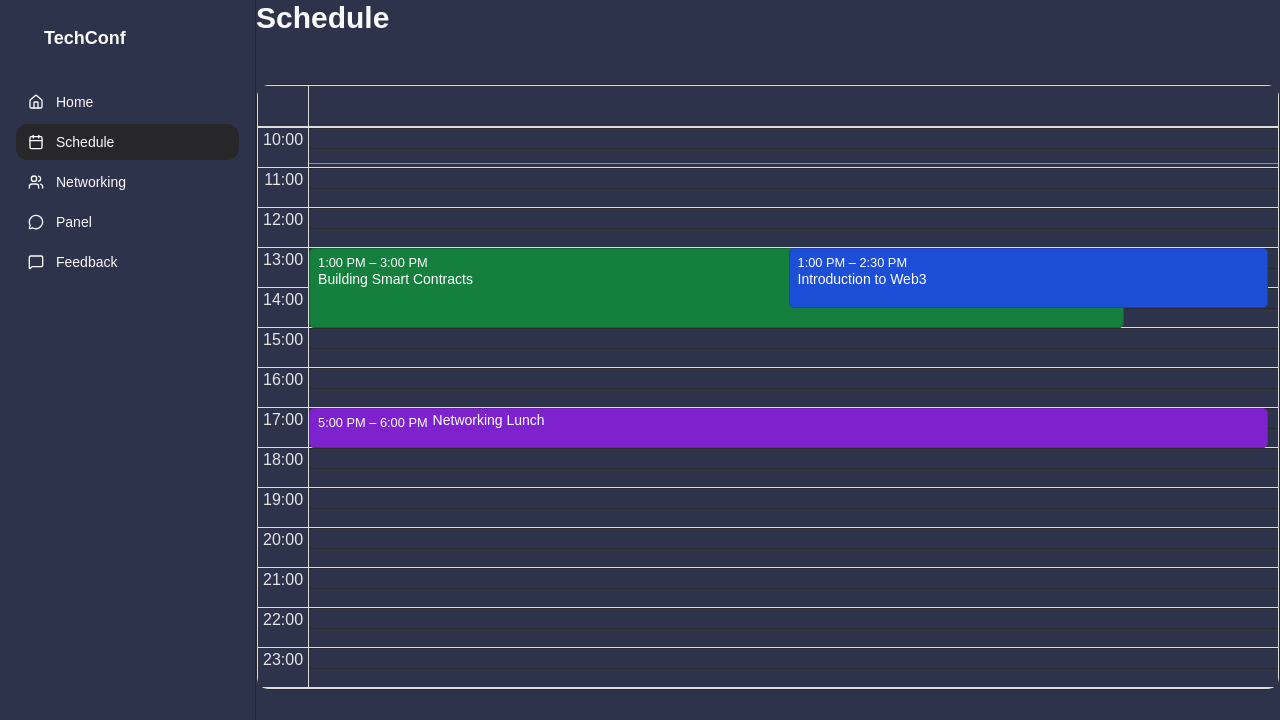
Repository: mrnavdal/symposium-2024
Page: /schedule (app in symposium24/)
These files come from the project's save history. The page is drawn as it stood at one moment and after the next save; the edit follows.
The browser window is 1280 px wide. The pictures show the whole page.
The project was rebuilt for these pictures with package versions that can differ from the ones it lists, and the page was loaded fresh each time. The framework's server and built-in components were replaced by stand-ins that run in the browser. Also part of the build but not shown: symposium24/next.config.ts.

Above is the page before, as saved 2024-11-08 15:06:58.

### symposium24/src/app/layout.tsx
import type { Metadata } from "next";
import localFont from "next/font/local";
import { ThemeProvider } from 'next-themes';
import { Navigation } from "@/components/Navigation";
import "./globals.css";
import '@/styles/calendar.css'

const geistSans = localFont({
  src: "./fonts/GeistVF.woff",
  variable: "--font-geist-sans",
  weight: "100 900",
});
const geistMono = localFont({
  src: "./fonts/GeistMonoVF.woff",
  variable: "--font-geist-mono",
  weight: "100 900",
});

export const metadata: Metadata = {
  title: "TechConf 2024",
  description: "Conference schedule and information",
};

export default function RootLayout({
  children,
}: Readonly<{
  children: React.ReactNode;
}>) {
  return (
    <html lang="en" suppressHydrationWarning>
      <body className={`${geistSans.variable} ${geistMono.variable} antialiased min-h-screen`}>
        <ThemeProvider
          attribute="class"
          defaultTheme="dark"
          enableSystem
          disableTransitionOnChange
        >
          <Navigation />
          <main className="pb-16 md:pb-0 md:pl-64">
            {children}
          </main>
        </ThemeProvider>
      </body>
    </html>
  );
}

### symposium24/src/app/schedule/page.tsx
import { Calendar } from '@/components/Calendar'
import { PageTransition } from '@/components/PageTransition'
import { events } from '@/data/events'

export default function SchedulePage() {
  return (
    <PageTransition>
        <div className="flex flex-col gap-4">
            <div className="flex flex-col gap-4">
                <h1 className="text-3xl font-bold mb-8">Schedule</h1>
                <div className="h-full rounded-lg overflow-hidden border bg-card/50">
                    <Calendar events={events} />
                </div>
            </div>
        </div>

    </PageTransition>
  )
}

### symposium24/src/components/Navigation.tsx
'use client'

import { usePathname } from 'next/navigation'
import Link from 'next/link'
import { cn } from '@/lib/utils'
import {
  Home,
  Calendar,
  Users,
  MessageCircle,
  MessageSquare,
  LucideIcon
} from 'lucide-react'

interface NavItem {
  href: string
  label: string
  icon: LucideIcon
}

const navItems: NavItem[] = [
  { href: '/', label: 'Home', icon: Home },
  { href: '/schedule', label: 'Schedule', icon: Calendar },
  { href: '/networking', label: 'Networking', icon: Users },
  { href: '/discussion', label: 'Panel', icon: MessageCircle },
  { href: '/feedback', label: 'Feedback', icon: MessageSquare },
]

export function Navigation() {
  const pathname = usePathname()

  return (
    <>
      {/* Desktop Side Navigation */}
      <nav className="hidden md:flex fixed left-0 top-0 h-screen w-64 border-r bg-background p-4">
        <div className="space-y-4 w-full">
          <div className="px-3 py-2">
            <h2 className="mb-2 px-4 text-lg font-semibold">TechConf</h2>
          </div>
          <div className="space-y-1">
            {navItems.map((item) => (
              <Link
                key={item.href}
                href={item.href}
                className={cn(
                  'flex items-center gap-3 rounded-lg px-3 py-2 text-sm transition-colors',
                  pathname === item.href
                    ? 'bg-secondary text-secondary-foreground'
                    : 'hover:bg-secondary/80'
                )}
              >
                <item.icon className="h-4 w-4" />
                {item.label}
              </Link>
            ))}
          </div>
        </div>
      </nav>

      {/* Mobile Bottom Navigation */}
      <nav className="md:hidden fixed bottom-0 left-0 right-0 border-t bg-background z-50">
        <div className="flex items-center justify-around">
          {navItems.map((item) => (
            <Link
              key={item.href}
              href={item.href}
              className={cn(
                'flex flex-col items-center gap-1 p-3 text-xs',
                pathname === item.href
                  ? 'text-primary'
                  : 'text-muted-foreground'
              )}
            >
              <item.icon className="h-5 w-5" />
              <span>{item.label}</span>
            </Link>
          ))}
        </div>
      </nav>

      {/* Content Padding for Mobile Bottom Nav */}
      <div className="pb-4 md:pb-0 md:pl-64">
        {/* This div wraps the main content to provide padding */}
      </div>
    </>
  )
}

### symposium24/src/app/globals.css
@tailwind base;
@tailwind components;
@tailwind utilities;

body {
  font-family: Arial, Helvetica, sans-serif;
  margin: 0;
  padding: 0;
}

@layer base {
  :root {
    --background: 0 0% 100%;
    --foreground: 240 10% 3.9%;
    --card: 0 0% 100%;
    --card-foreground: 240 10% 3.9%;
    --popover: 0 0% 100%;
    --popover-foreground: 240 10% 3.9%;
    --primary: 240 5.9% 10%;
    --primary-foreground: 0 0% 98%;
    --secondary: 240 4.8% 95.9%;
    --secondary-foreground: 240 5.9% 10%;
    --muted: 240 4.8% 95.9%;
    --muted-foreground: 240 3.8% 46.1%;
    --accent: 240 4.8% 95.9%;
    --accent-foreground: 240 5.9% 10%;
    --destructive: 0 84.2% 60.2%;
    --destructive-foreground: 0 0% 98%;
    --leading-text: 240 25% 24%;
    --border: 240 5.9% 90%;
    --input: 240 5.9% 90%;
    --ring: 240 5.9% 10%;
    --chart-1: 12 76% 61%;
    --chart-2: 173 58% 39%;
    --chart-3: 197 37% 24%;
    --chart-4: 43 74% 66%;
    --chart-5: 27 87% 67%;
    --radius: 0.75rem;
  }
  .dark {
    --background: 230 25% 24%;
    --foreground: 0 0% 98%;
    --card: 0 0% 90%;
    --card-foreground: 230 25% 24%;;
    --popover: 240 10% 3.9%;
    --popover-foreground: 0 0% 98%;
    --primary: 352 79% 49%;
    --primary-foreground: 0 0% 98%;
    --secondary: 240 3.7% 15.9%;
    --secondary-foreground: 0 0% 98%;
    --muted: 240 3.7% 15.9%;
    --muted-foreground: 0 0% 75%;
    --accent: 352 79% 49%;
    --accent-foreground: 0 0% 98%;
    --destructive: 0 62.8% 30.6%;
    --destructive-foreground: 0 0% 98%;
    --border: 240 3.7% 15.9%;
    --input: 240 3.7% 15.9%;
    --ring: 240 4.9% 83.9%;
    --chart-1: 220 70% 50%;
    --chart-2: 160 60% 45%;
    --chart-3: 30 80% 55%;
    --chart-4: 280 65% 60%;
    --chart-5: 340 75% 55%;
    --leading-text: 230 25% 24%;
  }
}

@layer base {
  * {
    @apply border-border;
  }
  body {
    @apply bg-background text-foreground;
  }
}

.page {
  margin-top: 0;
}

### symposium24/src/styles/calendar.css
/* Dark mode styles */
.rbc-calendar-dark {
  @apply text-white;
}

.rbc-calendar-dark .rbc-header {
  @apply bg-muted/50 border-border text-muted-foreground font-medium;
}

.rbc-calendar-dark .rbc-time-view {
  @apply border-border bg-card/50 backdrop-blur-sm;
}

.rbc-calendar-dark .rbc-time-header {
  @apply bg-muted/50 border-border;
}

.rbc-calendar-dark .rbc-time-content {
  @apply border-border;
}

.rbc-calendar-dark .rbc-time-slot {
  @apply text-muted-foreground;
}

.rbc-calendar-dark .rbc-today {
  @apply bg-muted/50;
}

.rbc-calendar-dark .rbc-current-time-indicator {
  @apply bg-primary;
}

/* General styles */
.rbc-header {
  @apply py-3 font-medium text-muted-foreground border-border bg-muted/30;
}

.rbc-time-view {
  @apply border-border bg-card/50 backdrop-blur-sm;
}

.rbc-time-header {
  @apply border-border bg-muted/30;
}

.rbc-time-content {
  @apply border-border;
}

.rbc-event {
  @apply rounded-md border shadow-sm;
}

.rbc-event-content {
  @apply text-sm font-medium;
}

.rbc-today {
  @apply bg-muted/30;
}

.rbc-current-time-indicator {
  @apply bg-primary;
}

.rbc-toolbar {
  @apply mb-4;
}

.rbc-toolbar button {
  @apply rounded-md border-border bg-card hover:bg-muted/50 transition-colors;
}

.rbc-toolbar button.rbc-active {
  @apply bg-primary text-primary-foreground hover:bg-primary/90;
}

.rbc-time-slot {
  @apply text-muted-foreground;
}

### symposium24/src/components/Calendar.tsx
'use client'

import { Calendar as BigCalendar, momentLocalizer, View } from 'react-big-calendar'
import moment from 'moment'
import { CalendarEvent } from '@/types/event'
import { cn } from '@/lib/utils'
import { useTheme } from 'next-themes'
import { useMemo } from 'react'
import './Calendar.css'

import 'react-big-calendar/lib/css/react-big-calendar.css'

const localizer = momentLocalizer(moment)

const eventStyleGetter = (event: CalendarEvent) => {
  const isPast = moment(event.end).isBefore(moment())
  const isOngoing = moment().isBetween(event.start, event.end)

  const colors = {
    workshop: { bg: '#15803d', border: '#166534' },  // green-700, green-800
    lecture: { bg: '#1d4ed8', border: '#1e40af' },   // blue-700, blue-800
    networking: { bg: '#7e22ce', border: '#6b21a8' }, // purple-700, purple-800
  }[event.type] || { bg: '#3b82f6', border: '#2563eb' }  // blue-500, blue-600

  return {
    className: cn(
      'rounded-md border backdrop-blur-sm transition-colors',
      isPast && 'opacity-50 hover:opacity-70',
      isOngoing && 'ring-2 ring-yellow-400/50 shadow-lg'
    ),
    style: {
      backgroundColor: colors.bg,
      borderColor: colors.border,
      padding: '4px 8px',
    }
  }
}

interface CalendarProps {
  events: CalendarEvent[]
}
export function Calendar({ events }: CalendarProps) {
  const { theme } = useTheme()

  const calendarProps = useMemo(() => ({
    className: cn(
      'rounded-lg',
      'bg-[#1a1a1a]',
    ),
    min: new Date(2024, 10, 8, 10, 0),
    max: new Date(2024, 10, 8, 23, 59),
    formats: {
      timeGutterFormat: (date: Date) => moment(date).format('HH:mm'),
    },
    localizer,
    events,
    defaultView: 'day' as View,
    views: ['day'] as View[],
    step: 30,
    timeslots: 2,
    eventPropGetter: eventStyleGetter,
    tooltipAccessor: (event: CalendarEvent) =>
      `${event.title}\nLocation: ${event.location}\nSpeaker: ${event.speaker}`,
    toolbar: false,
    dayPropGetter: () => ({
        style: {
            backgroundColor: theme === 'dark' ? '#2e334c' : '#2e334c',
            color: theme === 'dark' ? '#e5e5e5' : '#fff'
        }
        }),
        slotPropGetter: () => ({
        style: {
            backgroundColor: theme === 'dark' ? '#2e334c' : '#2e334c',
            borderColor: theme === 'dark' ? '#2a2a2a' : '#333',
            color: theme === 'dark' ? '#e5e5e5' : '#fff'
        }
        }),

  }), [events, theme])

  return <BigCalendar {...calendarProps} />
}

### symposium24/src/components/PageTransition.tsx
'use client'

import { motion } from 'framer-motion'
import { fadeIn } from '@/lib/animations'

interface PageTransitionProps {
  children: React.ReactNode
  className?: string
}

export function PageTransition({ children, className }: PageTransitionProps) {
  return (
    <motion.div
      variants={fadeIn}
      initial="initial"
      animate="animate"
      exit="exit"
      className={className}
    >
      {children}
    </motion.div>
  )
}

### symposium24/src/data/events.ts
import { CalendarEvent } from '@/types/event'

export const events: CalendarEvent[] = [
  {
    id: '1',
    title: 'Introduction to Web3',
    type: 'lecture',
    start: new Date(2024, 10, 8, 13, 0),
    end: new Date(2024, 10, 8, 14, 30),
    speaker: 'Jane Smith',
    location: 'Main Hall',
    description: 'An overview of Web3 technologies and their impact on the future of the internet.'
  },
  {
    id: '2',
    title: 'Building Smart Contracts',
    type: 'workshop',
    start: new Date(2024, 10, 8, 13, 0),
    end: new Date(2024, 10, 8, 15, 0),
    speaker: 'John Doe',
    location: 'Workshop Room A',
    description: 'Hands-on workshop on creating and deploying smart contracts.'
  },
  {
    id: '3',
    title: 'Networking Lunch',
    type: 'networking',
    start: new Date(2024, 10, 8, 17, 0),
    end: new Date(2024, 10, 8, 18, 0),
    speaker: '',
    location: 'Dining Hall',
    description: 'Network with fellow attendees over lunch.'
  }
]

### symposium24/src/components/Calendar.css
.rbc-time-content {
  background-color: #2e334c ;
}
.rbc-time-header {
  background-color: #2e334c;
}
.rbc-time-gutter {
  background-color: #2e334c;
}
.rbc-event {
    background-color: #2e334c;
}
.rbc-event-label {
  color: #fff;
}

### symposium24/src/lib/animations.ts
export const fadeIn = {
  initial: { opacity: 0, y: 20 },
  animate: { opacity: 1, y: 0 },
  exit: { opacity: 0, y: 20 }
}

export const staggerContainer = {
  animate: {
    transition: {
      staggerChildren: 0.1
    }
  }
}

export const slideIn = {
  initial: { x: -20, opacity: 0 },
  animate: { x: 0, opacity: 1 },
  exit: { x: 20, opacity: 0 }
}

export const scaleIn = {
  initial: { scale: 0.9, opacity: 0 },
  animate: { scale: 1, opacity: 1 },
  exit: { scale: 0.9, opacity: 0 }
}

### symposium24/tailwind.config.ts
import type { Config } from "tailwindcss";

export default {
    darkMode: ["class"],
    content: [
    "./src/pages/**/*.{js,ts,jsx,tsx,mdx}",
    "./src/components/**/*.{js,ts,jsx,tsx,mdx}",
    "./src/app/**/*.{js,ts,jsx,tsx,mdx}",
  ],
  theme: {
  	extend: {
  		colors: {
  			background: 'hsl(var(--background))',
  			foreground: 'hsl(var(--foreground))',
  			card: {
  				DEFAULT: 'hsl(var(--card))',
  				foreground: 'hsl(var(--card-foreground))'
  			},
  			popover: {
  				DEFAULT: 'hsl(var(--popover))',
  				foreground: 'hsl(var(--popover-foreground))'
  			},
  			primary: {
  				DEFAULT: 'hsl(var(--primary))',
  				foreground: 'hsl(var(--primary-foreground))'
  			},
  			secondary: {
  				DEFAULT: 'hsl(var(--secondary))',
  				foreground: 'hsl(var(--secondary-foreground))'
  			},
  			muted: {
  				DEFAULT: 'hsl(var(--muted))',
  				foreground: 'hsl(var(--muted-foreground))'
  			},
  			accent: {
  				DEFAULT: 'hsl(var(--accent))',
  				foreground: 'hsl(var(--accent-foreground))'
  			},
  			destructive: {
  				DEFAULT: 'hsl(var(--destructive))',
  				foreground: 'hsl(var(--destructive-foreground))'
  			},
  			border: 'hsl(var(--border))',
  			input: 'hsl(var(--input))',
  			ring: 'hsl(var(--ring))',
  			chart: {
  				'1': 'hsl(var(--chart-1))',
  				'2': 'hsl(var(--chart-2))',
  				'3': 'hsl(var(--chart-3))',
  				'4': 'hsl(var(--chart-4))',
  				'5': 'hsl(var(--chart-5))'
  			},
  			green: {
  				500: '#22c55e', // Zelená
  				600: '#16a34a', // Tmavší zelená
  			},
  			yellow: {
  				500: '#facc15', // Žlutá
  				600: '#eab308', // Tmavší žlutá
  			},
  			red: {
  				500: '#ef4444', // Červená
  				600: '#dc2626', // Tmavší červená
  			},
  		},
  		borderRadius: {
  			lg: 'var(--radius)',
  			md: 'calc(var(--radius) - 2px)',
  			sm: 'calc(var(--radius) - 4px)'
  		}
  	}
  },
  plugins: [
    require("tailwindcss-animate"),
    require('@tailwindcss/typography'),
  ],
} satisfies Config;

### symposium24/src/components/ui/container.tsx
import { cn } from '@/lib/utils'

interface ContainerProps extends React.HTMLAttributes<HTMLDivElement> {}

export function Container({ className, ...props }: ContainerProps) {
  return (
    <div
      className={cn('mx-auto max-w-7xl px-4 sm:px-6 lg:px-8', className)}
      {...props}
    />
  )
}

Loaded but not shown: symposium24/src/lib/utils.ts (common file)

After the next save:
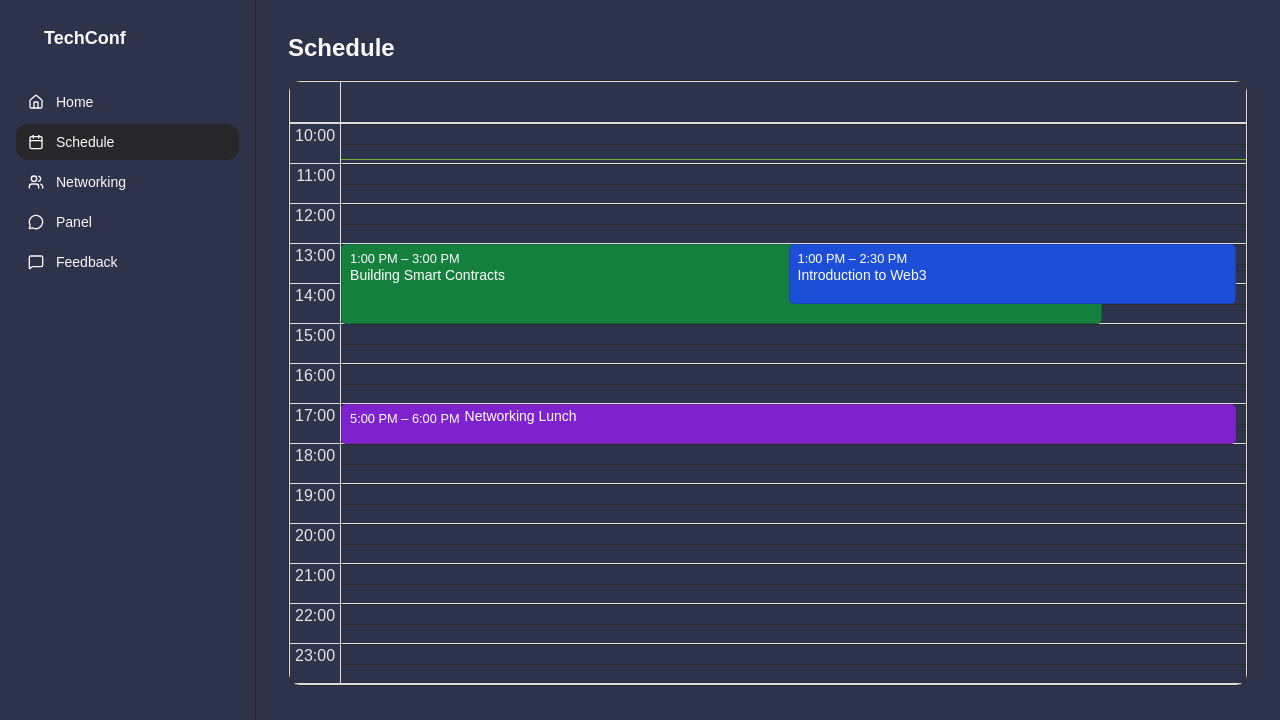
Saved 39 s later.
--- a/symposium24/src/app/schedule/page.tsx
+++ b/symposium24/src/app/schedule/page.tsx
@@ -1,19 +1,20 @@
 import { Calendar } from '@/components/Calendar'
 import { PageTransition } from '@/components/PageTransition'
+import { Container } from '@/components/ui/container'
 import { events } from '@/data/events'
 
 export default function SchedulePage() {
   return (
     <PageTransition>
-        <div className="flex flex-col gap-4">
+        <Container className="py-8">
             <div className="flex flex-col gap-4">
-                <h1 className="text-3xl font-bold mb-8">Schedule</h1>
+                <h1 className="text-2xl font-semibold text-foreground">Schedule</h1>
                 <div className="h-full rounded-lg overflow-hidden border bg-card/50">
                     <Calendar events={events} />
                 </div>
             </div>
-        </div>
+        </Container>
+    </PageTransition>
 
-    </PageTransition>
-  )
+)
 }
